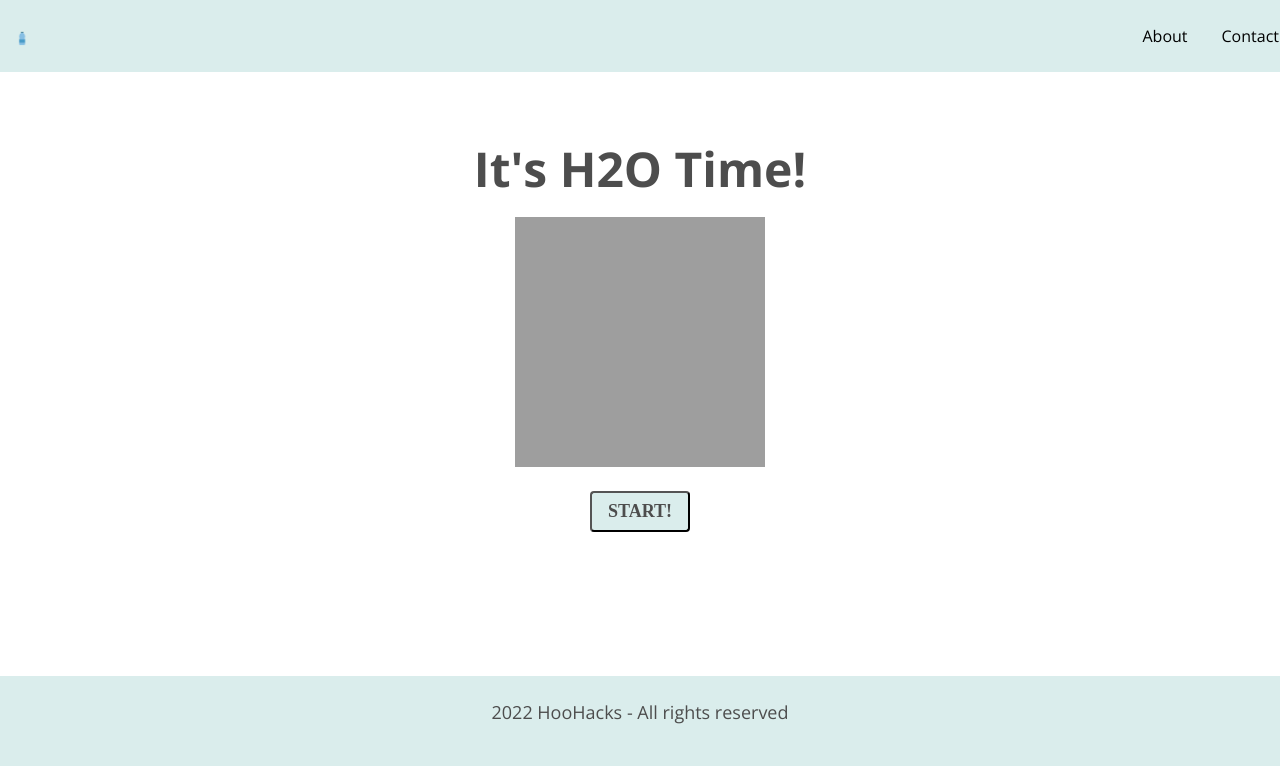
Repository: jennyjjung/H2ODaily
Page: index.html
An editor plug-in stored every save of this project. The page is shown before and after the next save, followed by the edit.
The browser window is 1280 px wide. The pictures show the whole page.
Pictures or frames that could not be fetched are drawn as grey boxes. Some web fonts or font styles are not loaded; a fallback is used.

Above is the page before, as saved 2022-03-26 18:18:38.

After the next save:
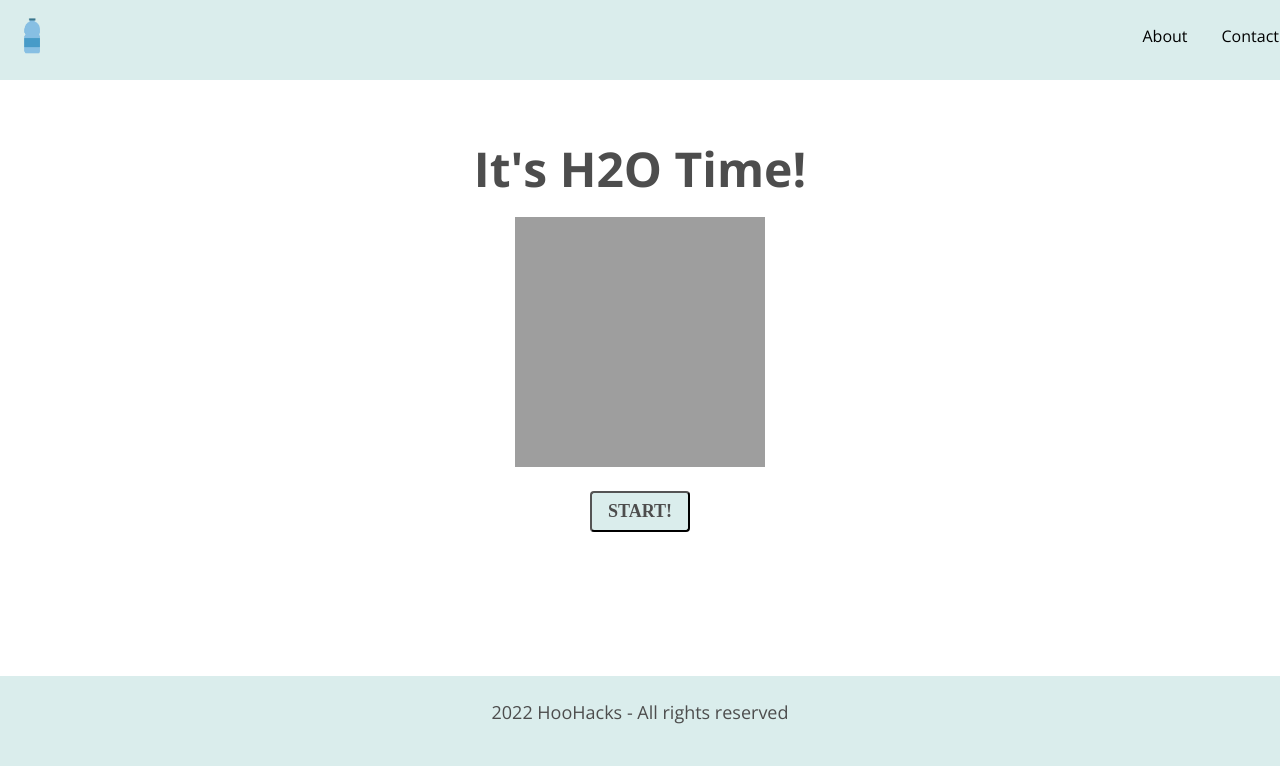
Saved 5 s later.
--- a/style.css
+++ b/style.css
@@ -71,7 +71,7 @@ a {
 }
 
 .navbar__bottle {
-  width: 15px;
+  width: 40px;
 }
 
 .navbar__menu__item {
